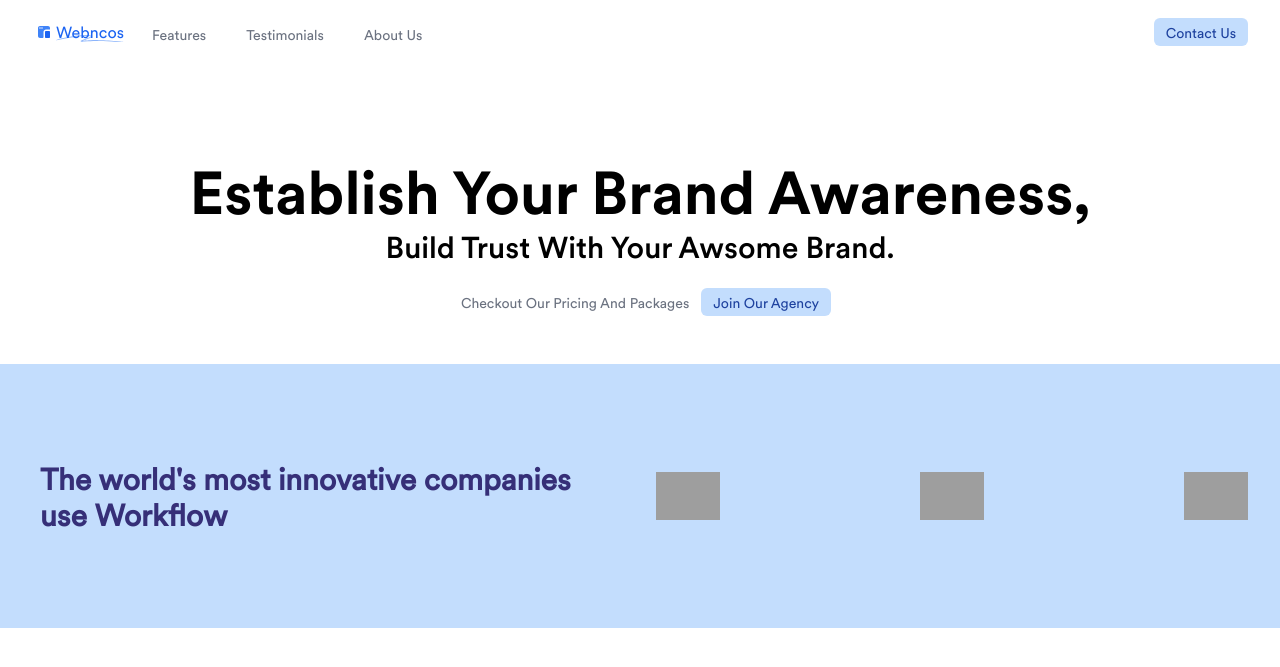
Repository: 1realjulius/webncos
Page: /
These files come from the project's save history. The page is drawn as it stood at one moment and after the next save; the edit follows.
The browser window is 1280 px wide. The pictures show the whole page.
Pictures or frames that could not be fetched are drawn as grey boxes. The project was rebuilt for these pictures with package versions that can differ from the ones it lists, and the page was loaded fresh each time. The framework's server and built-in components were replaced by stand-ins that run in the browser. Also part of the build but not shown: next.config.js.

Above is the page before, as saved 2022-08-26 14:11:35.

### pages/index.tsx
import type { NextPage } from 'next'
import Head from 'next/head'
import ComingSoon from '../components/ComingSoon'
import MainHome from '../components/MainHome'
import NavigationBar from '../components/NavigationBar'

const Home: NextPage = () => {
  return (
    <div className="flex min-h-screen flex-col font-circularBook">
      <Head>
      <title>Webncos</title>
        <meta name="description" content="Website and Software Development Agency." />
        <meta property="og:type" content="website"/>
        <meta property="og:url" content="https://www.webncos.com/"/>
        <meta property="og:title" content="Webncos — Website and Software Development Agency."/>
        <meta property="og:description" content="Website and Software Development Agency."/>
        {/* <meta property="og:image" content="/Assets/newmemoji.svg"/> */}
        {/* <meta property="twitter:card" content="/Assets/Julius_Eghan.jpg"/> */}
        <meta property="twitter:url" content="https://www.webncos.com/"/>
        <meta property="twitter:title" content="Webncos — Website and Software Development Agency."/>
        <meta property="twitter:description" content="Website and Software Development Agency."/>
        {/* <meta property="twitter:image" content="/Assets/Julius_Eghan.jpg"/> */}
        <link rel="icon" href="/favicon.ico" />
        {/* <meta name="google-site-verification" content="0HesePHVymRqGiL70HUKPIq0Zsap0uUIb_Ci0DpImRY" /> */}
        <meta name="theme-color" content="#2563eb"   media="(prefers-color-scheme: light)"/>
        <meta name="theme-color" content="#2563eb"   media="(prefers-color-scheme: dark)"/>
      </Head>
      <NavigationBar/>
      <MainHome/>

    </div>
  )
}

export default Home

### styles/globals.css
@tailwind base;
@tailwind components;
@tailwind utilities;

@layer base{
      @font-face{
        font-family: 'ApercuBold';
        src: url("/Fonts/ApercuPro-Bold.woff") format("woff"),url("/Fonts/ApercuPro-Bold.woff2") format("woff2");
      }
      @font-face{
        font-family: 'ApercuMedium';
        src: url("/Fonts/ApercuPro-Medium.woff") format("woff"),url("/Fonts/ApercuPro-Medium.woff2") format("woff2");
      }
      @font-face{
        font-family: 'circularBlack';
        src: url("/Fonts/circular-black.woff2") format("woff2");
      }
      @font-face{
        font-family: 'circularBold';
        src: url("/Fonts/circular-bold.woff2") format("woff2");
      }
      @font-face{
        font-family: 'circularBook';
        src: url("/Fonts/circular-book.woff2") format("woff2");
      }
      @font-face{
        font-family: 'circularMedium';
        src: url("/Fonts/circular-medium.woff2") format("woff2");
      }
    }

### components/MainHome.tsx
import Link from "next/link";
import React from "react";
import Image from "next/image";
import FeatureImg from "/Assets/Julius_Eghan.jpg";
import FImg from "/Assets/Julius_Eghan.jpg";

const MainHome = () => {
  return (
    <div>
      {/* header */}
      <div>
        <div className=" flex flex-col items-center justify-center mt-20 mb-10">
          <div className="pt-4 pb-2">
            <h1 className="text-4xl md:text-6xl text-center font-circularBold">
              Establish Your Brand Awareness,
            </h1>
          </div>
          <div className="pb-4">
            <h2 className="text-xl md:text-3xl font-circularMedium">
              Build Trust With Your Awsome Brand.
            </h2>
          </div>
          <div className="flex flex-col md:flex-row items-center">
            <div className="px-3 py-1 my-2">
              <Link href="#">
                <h3 className="text-gray-500 hover:text-gray-900 cursor-pointer text-sm">
                  Checkout Our Pricing And Packages
                </h3>
              </Link>
            </div>
            <Link href="#">
              <div className="px-3 py-1 rounded-md bg-blue-200 active:bg-blue-300 my-2 cursor-pointer">
                <h3 className="text-blue-800 text-sm">Join Our Agency</h3>
              </div>
            </Link>
          </div>
        </div>
      </div>
      {/* trusted by brands */}
      <div className="bg-blue-200">
      <div className="max-w-7xl mx-auto py-16 px-4 sm:py-24 sm:px-6 lg:px-8">
        <div className="lg:grid lg:grid-cols-2 lg:gap-8">
          <h2 className="max-w-md mx-auto text-3xl font-extrabold text-indigo-900 text-center lg:max-w-xl lg:text-left">
            The world's most innovative companies use Workflow
          </h2>
          <div className="flow-root self-center mt-8 lg:mt-0">
            <div className="-mt-4 -ml-8 flex flex-wrap justify-between lg:-ml-4">
              <div className="mt-4 ml-8 flex flex-grow flex-shrink-0 justify-center lg:flex-grow-0 lg:ml-4">
                <img
                  className="h-12"
                  src="https://tailwindui.com/img/logos/workcation-logo-indigo-900.svg"
                  alt="Workcation"
                />
              </div>
              <div className="mt-4 ml-8 flex flex-grow flex-shrink-0 justify-center lg:flex-grow-0 lg:ml-4">
                <img className="h-12" src="https://tailwindui.com/img/logos/tuple-logo-indigo-900.svg" alt="Tuple" />
              </div>
              <div className="mt-4 ml-8 flex flex-grow flex-shrink-0 justify-center lg:flex-grow-0 lg:ml-4">
                <img className="h-12" src="https://tailwindui.com/img/logos/level-logo-indigo-900.svg" alt="Level" />
              </div>
            </div>
          </div>
        </div>
      </div>
      </div>
      {/* Fameworks Used */}
      <div></div>
      {/* Services We offer (Features) */}
      <div></div>
      {/* Testimonials */}
      <div></div>
      {/* FAQs */}
      <div></div>
      {/* Other Sections */}
      <div></div>
    </div>
  );
};

export default MainHome;

### components/NavigationBar.tsx
/* This example requires Tailwind CSS v2.0+ */
import { Fragment } from "react";
import { Disclosure, Menu, Transition } from "@headlessui/react";
import { BellIcon, MenuIcon, XIcon } from "@heroicons/react/outline";
import Link from "next/link";

function classNames(...classes: string[]) {
  return classes.filter(Boolean).join(" ");
}

export default function NavigationBar() {
  return (
    <Disclosure as="nav" className="bg-white">
      {({ open }) => (
        <>
          <div className="max-w-7xl mx-auto px-4 sm:px-6 lg:px-8">
            <div className="flex justify-between h-16">
              <div className="flex">
                <div className="flex-shrink-0 flex items-center">
                  {/* the logo */}
                  <Link href="#">
                  <h1 className="text-base leading-none flex flex-row items-center cursor-pointer">
                    <span>
                      <svg className="h-6 w-6 " viewBox="0 0 24 24" fill="none">
                        <path
                          fillRule="evenodd"
                          clipRule="evenodd"
                          d="M8 6C6.89543 6 6 6.89543 6 8V16C6 17.1046 6.89543 18 8 18H10.5C11.0523 18 11.5 17.5523 11.5 17V12C11.5 10.6193 12.6193 9.5 14 9.5H18V8C18 6.89543 17.1046 6 16 6H8ZM7.25 8C7.25 7.58579 7.58579 7.25 8 7.25H8.01C8.42421 7.25 8.76 7.58579 8.76 8C8.76 8.41421 8.42421 8.75 8.01 8.75H8C7.58579 8.75 7.25 8.41421 7.25 8ZM10 7.25C9.58579 7.25 9.25 7.58579 9.25 8C9.25 8.41421 9.58579 8.75 10 8.75H10.01C10.4242 8.75 10.76 8.41421 10.76 8C10.76 7.58579 10.4242 7.25 10.01 7.25H10Z"
                          fill="#E879F9"
                          className="fill-blue-500 "
                        ></path>
                        <path
                          d="M13 12C13 11.4477 13.4477 11 14 11H17C17.5523 11 18 11.4477 18 12V17C18 17.5523 17.5523 18 17 18H14C13.4477 18 13 17.5523 13 17V12Z"
                          fill="#F0ABFC"
                          className="fill-blue-600 "
                        ></path>
                      </svg>
                    </span>
                    <span className="relative whitespace-nowrap text-blue-600 cursor-pointer">
                      <svg
                        aria-hidden="true"
                        viewBox="0 0 418 42"
                        className="absolute top-2/3 left-0 h-[0.48em] w-full fill-blue-500/60"
                        preserveAspectRatio="none"
                      >
                        <path d="M203.371.916c-26.013-2.078-76.686 1.963-124.73 9.946L67.3 12.749C35.421 18.062 18.2 21.766 6.004 25.934 1.244 27.561.828 27.778.874 28.61c.07 1.214.828 1.121 9.595-1.176 9.072-2.377 17.15-3.92 39.246-7.496C123.565 7.986 157.869 4.492 195.942 5.046c7.461.108 19.25 1.696 19.17 2.582-.107 1.183-7.874 4.31-25.75 10.366-21.992 7.45-35.43 12.534-36.701 13.884-2.173 2.308-.202 4.407 4.442 4.734 2.654.187 3.263.157 15.593-.78 35.401-2.686 57.944-3.488 88.365-3.143 46.327.526 75.721 2.23 130.788 7.584 19.787 1.924 20.814 1.98 24.557 1.332l.066-.011c1.201-.203 1.53-1.825.399-2.335-2.911-1.31-4.893-1.604-22.048-3.261-57.509-5.556-87.871-7.36-132.059-7.842-23.239-.254-33.617-.116-50.627.674-11.629.54-42.371 2.494-46.696 2.967-2.359.259 8.133-3.625 26.504-9.81 23.239-7.825 27.934-10.149 28.304-14.005.417-4.348-3.529-6-16.878-7.066Z"></path>
                      </svg>
                      <span className="relative leading-none">Webncos</span>
                    </span>
                  </h1>
                  </Link>
                </div>
                <div className="hidden sm:ml-6 sm:flex sm:space-x-8">
                  <a
                    href="#"
                    className="text-gray-500 hover:text-gray-900 inline-flex items-center px-1 pt-1 text-sm "
                  >
                    Features
                  </a>
                  <a
                    href="#"
                    className=" text-gray-500 hover:text-gray-900 inline-flex items-center px-1 pt-1  text-sm"
                  >
                    Testimonials
                  </a>
                  <a
                    href="#"
                    className=" text-gray-500 hover:text-gray-900 inline-flex items-center px-1 pt-1  text-sm"
                  >
                    About Us
                  </a>
                </div>
              </div>
              <div className="hidden sm:ml-6 sm:flex sm:items-center">
                <Link href='#'>
                <div className="px-3 py-1 bg-blue-200 active:bg-blue-300 rounded-md cursor-pointer">
                  <h2 className="text-blue-800 text-sm">Contact Us</h2>
                </div>
                </Link>
              </div>
              <div className="-mr-2 flex items-center sm:hidden">
                {/* Mobile menu button */}
                <Disclosure.Button className="inline-flex items-center justify-center p-2 rounded-full text-gray-400 hover:text-gray-500 hover:bg-gray-100 ">
                  <span className="sr-only">Open main menu</span>
                  {open ? (
                    <XIcon className="block h-6 w-6" aria-hidden="true" />
                  ) : (
                    <MenuIcon className="block h-6 w-6" aria-hidden="true" />
                  )}
                </Disclosure.Button>
              </div>
            </div>
          </div>

          <Disclosure.Panel className="sm:hidden border-2 rounded-lg px-4 mx-2">
            <div className="flex flex-col pt-4 space-y-1 items-center">
              <a
               className="hover:bg-gray-100 w-full text-center py-2 rounded-md"
               href="#"
               >Features</a>
              <a
               className="hover:bg-gray-100 w-full text-center py-2 rounded-md"
               href="#"
               >Testimonials</a>
              <a
               className="hover:bg-gray-100 w-full text-center py-2 rounded-md"
               href="#"
               >About Us</a>
            </div>
            <div className="flex py-2 items-center justify-center">
              <Link href="#">
                <div className="px-3 py-1 bg-blue-200 active:bg-blue-300 rounded-md cursor-pointer">
                  <h2 className="text-blue-800 text-sm">Contact Us</h2>
                </div>
              </Link>
            </div>
          </Disclosure.Panel>
        </>
      )}
    </Disclosure>
  );
}

### tailwind.config.js
/** @type {import('tailwindcss').Config} */
module.exports = {
  content: [
    './pages/**/*.{js,ts,jsx,tsx}',
    './components/**/*.{js,ts,jsx,tsx}',
    "./node_modules/flowbite-react/**/*.js",
  ],
  theme: {
    extend: {
      fontFamily: {
        ApercuBold: 'ApercuBold, sans',
        ApercuMedium: 'ApercuMedium, sans',
        circularBlack: 'circularBlack, sans',
        circularBold: 'circularBold, sans',
        circularBook: 'circularBook, sans',
        circularMedium: 'circularMedium, sans',
      },
    },
  },
  plugins: [
    require("flowbite/plugin")
  ],
}

Loaded but not shown: pages/_app.tsx (common file)

After the next save:
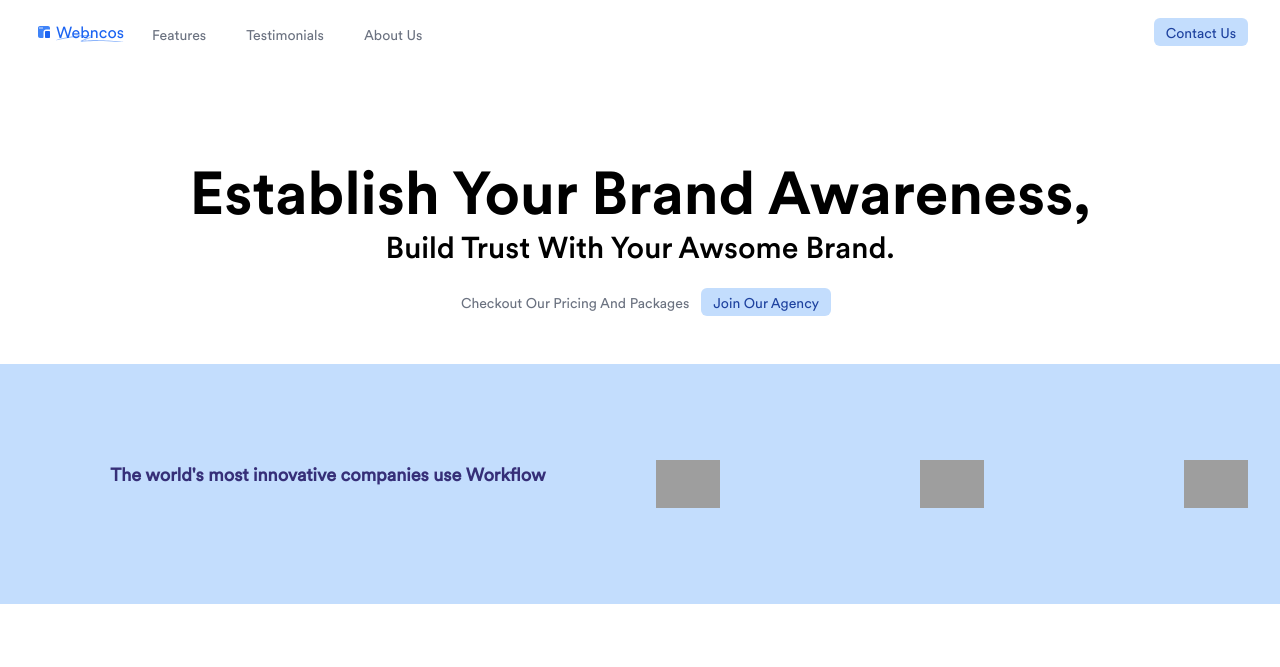
Saved 51 s later.
--- a/components/MainHome.tsx
+++ b/components/MainHome.tsx
@@ -40,7 +40,7 @@
       <div className="bg-blue-200">
       <div className="max-w-7xl mx-auto py-16 px-4 sm:py-24 sm:px-6 lg:px-8">
         <div className="lg:grid lg:grid-cols-2 lg:gap-8">
-          <h2 className="max-w-md mx-auto text-3xl font-extrabold text-indigo-900 text-center lg:max-w-xl lg:text-left">
+          <h2 className="max-w-md mx-auto text-lg font-extrabold text-indigo-900 text-center lg:max-w-xl lg:text-left">
             The world's most innovative companies use Workflow
           </h2>
           <div className="flow-root self-center mt-8 lg:mt-0">
